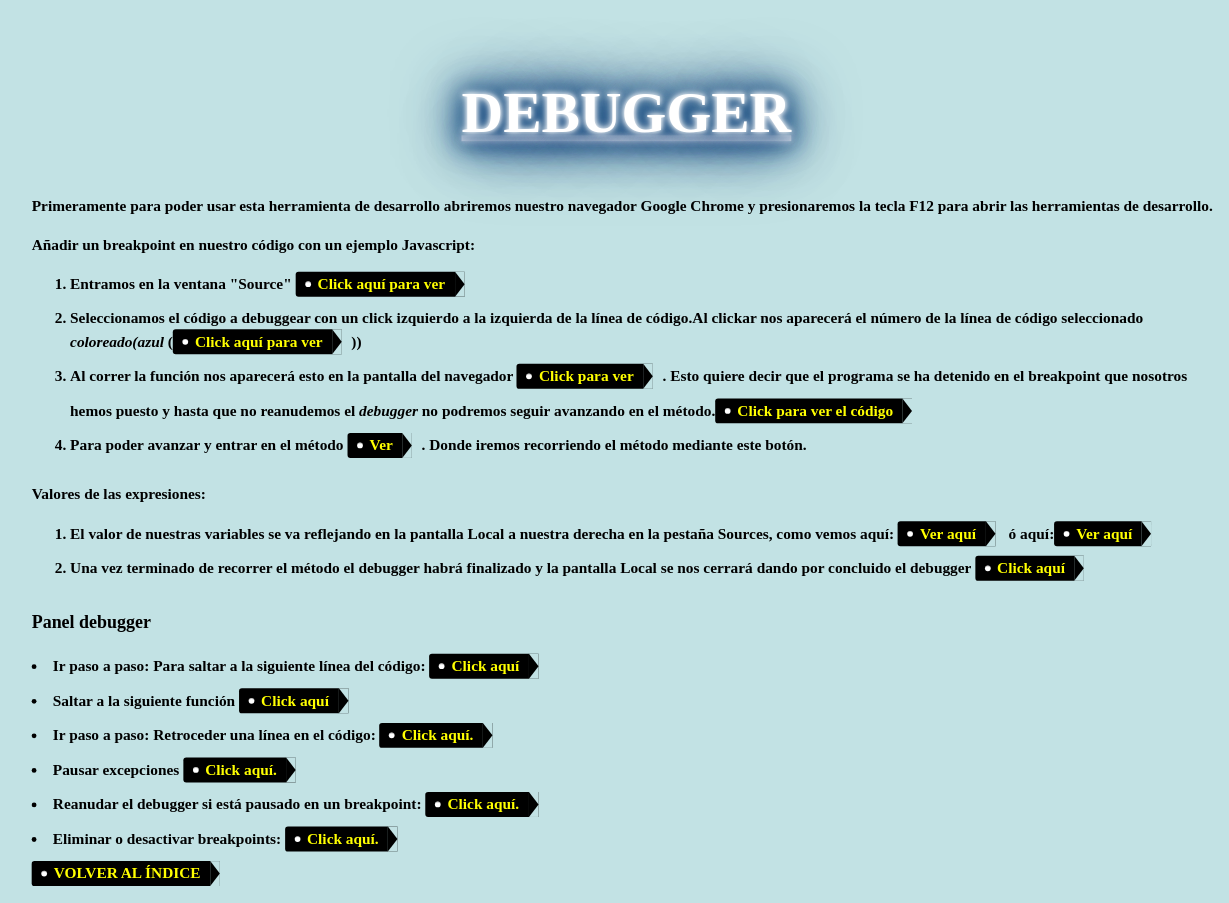
Repository: VictorinoBF97/HerramientasDesarollo
Page: debugger.html
The author's editor kept a copy of each file at every save. The page is drawn from the files as they stood at one save, then again after the next save.
The browser window is 1280 px wide. The pictures show the whole page, at 96% of full size.

Above is the page before, as saved 2018-11-27 06:54:18.
Not found: main.js

### debugger.html
<!DOCTYPE html>
<html>
<head>
    <meta charset="utf-8" />
    <meta http-equiv="X-UA-Compatible" content="IE=edge">
    <title>HERRAMIENTA DEBUGGER</title>
    <meta name="viewport" content="width=device-width, initial-scale=1">
    <link rel="stylesheet" type="text/css" media="screen" href="./css/styles.css" />
    <script src="main.js"></script>
</head>
<body>
    <h1><u>DEBUGGER</u></h1>
    <p>
        Primeramente para poder usar esta herramienta de desarrollo abriremos nuestro
        navegador Google Chrome y presionaremos la tecla <b>F12</b> para abrir las
        herramientas de desarrollo.
    </p>
    <div>
        <p>Añadir un breakpoint en nuestro código con un ejemplo Javascript:</p>
    </div>
    <ol>
        <li>Entramos en la ventana <b>"Source"</b>
             <a href="./images/source.PNG" target="_blank">Click aquí para ver</a>
        </li>
        <li>Seleccionamos el código a debuggear con un click izquierdo a la
            izquierda de la línea de código.Al clickar nos aparecerá el número
            de la línea de código seleccionado <i>coloreado(<b>azul</b></i>
            (<a href="./images/breakpoint.PNG" target="_blank">Click aquí para ver</a>))
        </li>
        <li>Al correr la función nos aparecerá esto en la pantalla del navegador
             <a href="./images/debug.PNG" target="_blank">Click para ver</a>.
            Esto quiere decir que el programa se ha detenido en el <b>breakpoint</b>
            que nosotros hemos puesto y hasta que no reanudemos el <em>debugger</em>
            no podremos seguir avanzando en el método.<a href="./images/dbug.PNG" target="_blank">Click para ver el código</a>
        </li>
        <li>Para poder avanzar y entrar en el método <a href="./images/next.PNG"
        target="_blank">Ver</a>. Donde iremos recorriendo el método mediante este botón.</li>
    </ol>

    <div>Valores de las expresiones:

    </div>
    <ol>
        <li>
            El valor de nuestras variables se va reflejando en la pantalla <strong>Local</strong> a nuestra derecha en la pestaña Sources, como vemos aquí: <a href="./images/variables.PNG" target="_blank">
            Ver aquí</a> ó aquí:<a href="./images/variables2.PNG" target="_blank">Ver aquí</a>
        </li>

        <li>
            Una vez terminado de recorrer el método el debugger habrá finalizado y la pantalla Local se nos cerrará dando por concluido el debugger <a href="./images/fin.png" target="_blank">Click aquí</a>
        </li>
    </ol>

    <h3>Panel debugger</h3>

    <li> Ir paso a paso: Para saltar a la siguiente línea del código: <a href="./images/nextstep.PNG" target="_blank">Click aquí</a>

        <li>
            Saltar a la siguiente función <a href="./images/saltar.PNG"
            target="_blank">Click aquí</a>
        </li>

        <li>Ir paso a paso: Retroceder una línea en el código: <a href="./images/beforestep.PNG"
        target="_blank">Click aquí.</a></li>

        <li>Pausar excepciones <a href="./images/pausa.PNG"
            target="_blank">Click aquí.</a></li>

        <li>Reanudar el debugger si está pausado en un breakpoint: <a href="./images/reanudard.PNG"
        target="_blank">Click aquí.</a></li>

        <li>Eliminar o desactivar breakpoints: <a href="./images/find.PNG"
            target="_blank">Click aquí.</a></li>



</body>
<footer>
    <a href="indice.html" target="_self" class="volver">VOLVER AL ÍNDICE</a>
</footer>
</html>

### css/styles.css
html{
    background-color: rgb(194, 226, 228);
}

.titulo{
    text-shadow: 0px 0px 5px rgb(152, 153, 147);
    border: 10px ridge #1E90FF;
    width: 75%;

}

h1{
    font-size: 60px;
font-family: 'Futura';
color: #fff;
text-shadow: 0 0 5px #fff, 0 0 10px #fff, 0 0 20px rgb(3, 58, 117), 0 0 30px rgb(3, 58, 117), 0 0 40px rgb(3, 58, 117), 0 0 55px rgb(3, 58, 117), 0 0 75px rgb(3, 58, 117);
text-align: center;
}
body{
    font: 16px/1.5 'PT Sans', serif;
    font-weight: bold;
    overflow: hidden;
    padding-left: 25px;
    padding-top: 25px;
}

.indice{
    font-size: 125%;

}
a{
    background: rgb(0, 0, 0);
  border-radius: 3px 0 0 3px;
  color: yellow;
  display: inline-block;
  height: 26px;
  line-height: 26px;
  padding: 0 20px 0 23px;
  position: relative;
  margin: 0 10px 10px 0;
  text-decoration: none;
  -webkit-transition: color 0.2s;
}
a::before {
    background: #fff;
    border-radius: 10px;
    box-shadow: inset 0 1px rgba(0, 0, 0, 0.25);
    content: '';
    height: 6px;
    left: 10px;
    position: absolute;
    width: 6px;
    top: 10px;
  }

  a::after {
    background: rgb(194, 226, 228);
    border-bottom: 13px solid transparent;
    border-left: 10px solid black;
    border-top: 13px solid transparent;
    content: '';
    position: absolute;
    right: 0;
    top: 0;
  }

  a:hover {
    background-color: crimson;
    color: white;
  }

  a:hover::after {
     border-left-color: crimson;
  }

  /* VOLVER AL ÍNDICE */
  .volver{
      padding-top:
  }
  .volver::after{
    background:rgb(194, 226, 228);
    border-bottom: 13px solid transparent;
    border-left: 10px solid black;
    border-top: 13px solid transparent;
    content: '';
    position: absolute;
    right: 0;
    top: 0;

  }

  .volver:hover {
    background-color: crimson;
    color: white;
  }

  .volver:hover::after {
     border-right-color: crimson;
  }

After the next save:
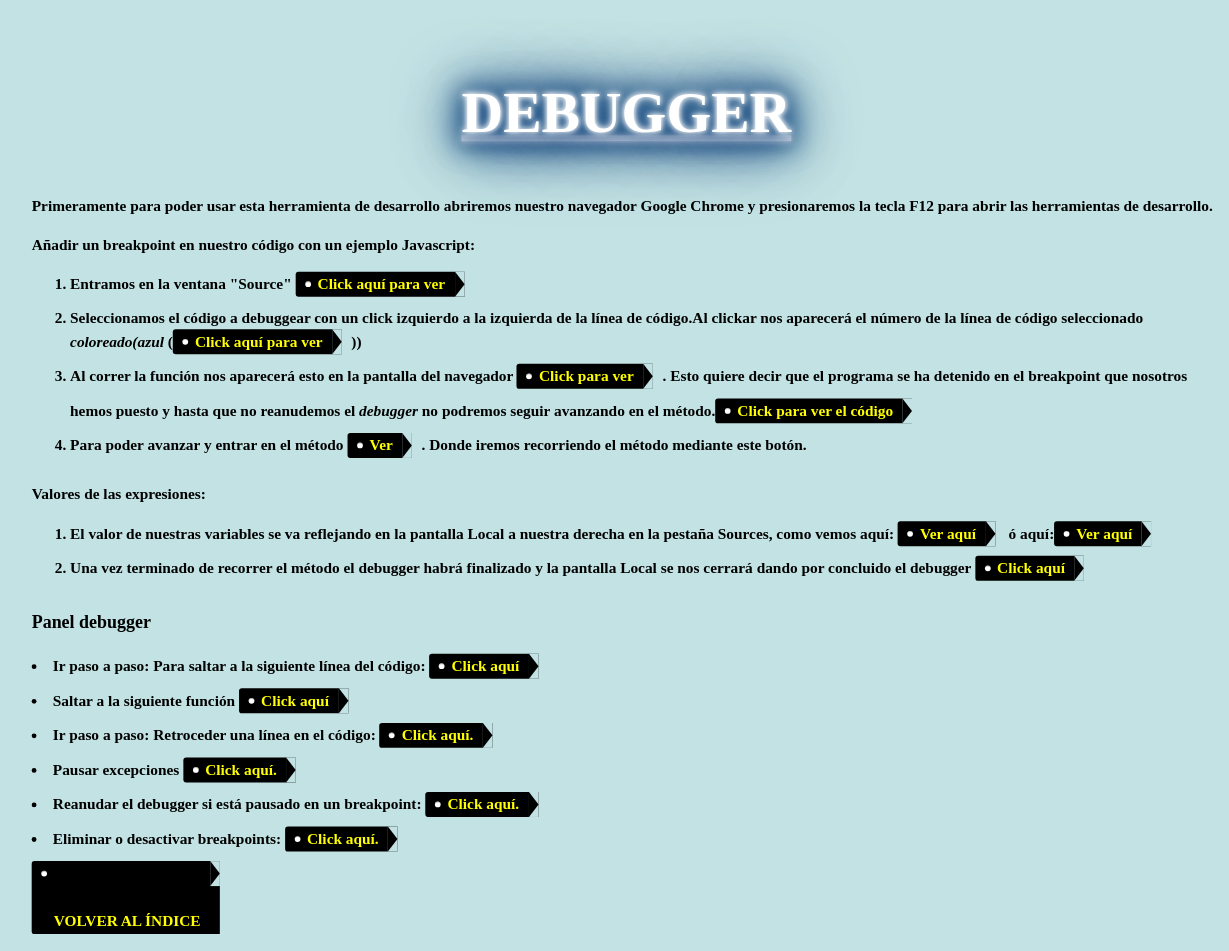
Saved 4 s later.
--- a/css/styles.css
+++ b/css/styles.css
@@ -75,7 +75,7 @@
 
   /* VOLVER AL ÍNDICE */
   .volver{
-      padding-top:
+      padding-top: 50px;
   }
   .volver::after{
     background:rgb(194, 226, 228);

After the save that followed:
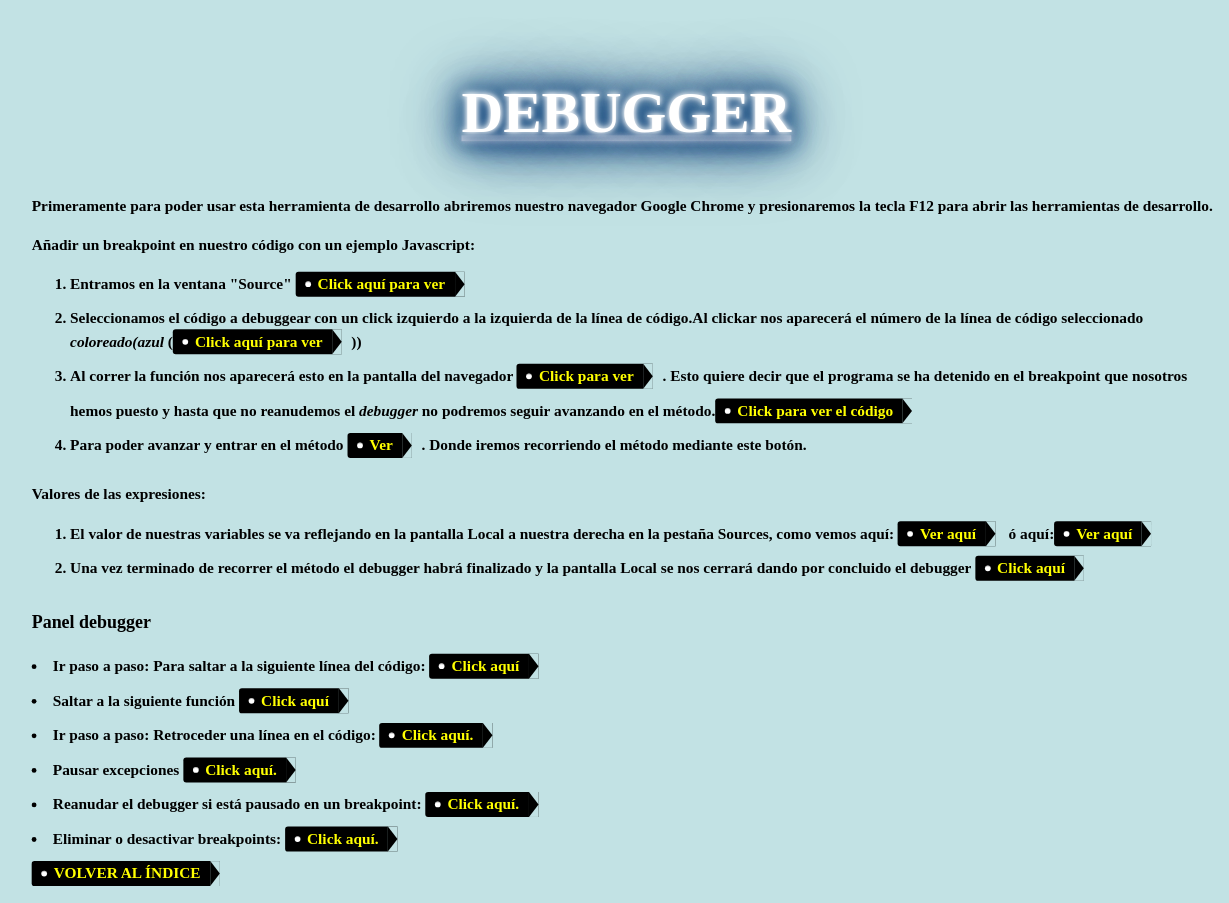
Saved 8 s later.
--- a/css/styles.css
+++ b/css/styles.css
@@ -74,8 +74,7 @@
   }
 
   /* VOLVER AL ÍNDICE */
-  .volver{
-      padding-top: 50px;
+
   }
   .volver::after{
     background:rgb(194, 226, 228);
